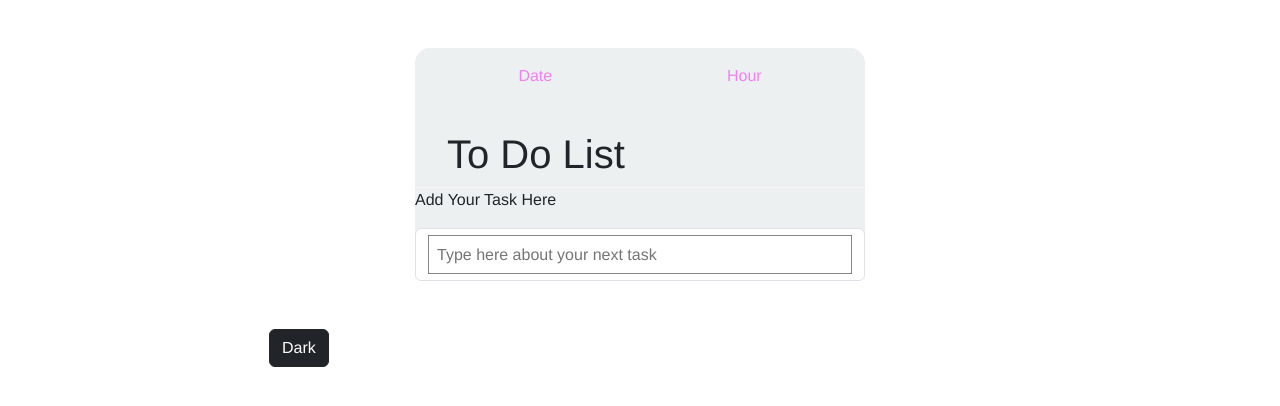
Repository: Passionblaz/TODO
Page: TODO/Untitled-1.html
These files come from the project's save history. The page is drawn as it stood at one moment and after a run of saves; the edit follows.
The browser window is 1280 px wide. The pictures show the whole page.

Above is the page before, as saved 2023-07-14 11:51:39.

### TODO/Untitled-1.html
<!DOCTYPE html>
<html lang="en">
<head>
  <meta charset="UTF-8">
  <meta name="viewport" content="width=device-width, initial-scale=1.0">
  <title>Document</title>
  <link href="https://cdn.jsdelivr.net/npm/bootstrap@5.3.0/dist/css/bootstrap.min.css" rel="stylesheet" integrity="sha384-9ndCyUaIbzAi2FUVXJi0CjmCapSmO7SnpJef0486qhLnuZ2cdeRhO02iuK6FUUVM" crossorigin="anonymous">
  <!-- Bootstrap Bundle JS (jsDelivr CDN) -->
  <script defer src="https://cdn.jsdelivr.net/npm/bootstrap@5.3.0/dist/js/bootstrap.bundle.min.js" integrity="sha384-geWF76RCwLtnZ8qwWowPQNguL3RmwHVBC9FhGdlKrxdiJJigb/j/68SIy3Te4Bkz" crossorigin="anonymous"></script>
  <link rel="stylesheet" href="todostyles.css">
</head>
<body>
<div class="todo-container">
  <div class="date-hour">
    <p class="date">Date</p>
    <p class="hour">Hour</p>
  </div>
<header>
  <h1>To Do List</h1>
</header>

<form action="" id="todo-form">
  <p>Add Your Task Here</p>
<div class="form-control">
<input type="text" id="todo-input" placeholder="Type here about your next task">

</div>

</form>



</div>



  <div class="button">
     <button type="button" class="btn btn-dark">Dark</button>
    </div>


    </body>
</html>

### TODO/todostyles.css
*{
  padding: 0;
  margin: 0;
  box-sizing: border-box;
}
body{
  font-family: 'Franklin Gothic Medium', 'Arial Narrow', Arial, sans-serif;
  background: rgb(red, green, blue);

}
.form-control {
  display: flex;
}
.form-control input {
  flex: 1;
  outline: 0;
box-shadow: none;
border: 1px solid #858585;
}
.form-control button:hover {
  background-color: green;
}
.date-hour {
  display: flex;
  justify-content: space-around;
  align-items:center;
  padding: 1rem 1rem 1.5rem 1rem;
  font-size: 16px;
  color: violet;
}
button {
  background-color: darkorange;
  color: blue;
  border: 2px solid red;
  padding: 0.2rem 0.4rem;
  font-size: .8rem;
  cursor: pointer;
  justify-content: center;
  align-items: center;
  transition: .4s;
  border: 1px solid orange;
}
button:hover {
  background-color: orangered;
  color: white;
}
button > i {
  font-weight: bold;
  pointer-events: none;
}
input {
  padding: .4rem .5rem;
}
.hide {
  display: none;
}
.todo-container {
  background-color: #ecf0f1;
  border-radius: 15px;
  width: 450px;
  margin: 3rem auto;
  padding: 1.5.rem;
}
.todo-container header {
  padding: 0.1rem 1rem;
border-bottom: 1px solid whitesmoke;
}
header >h1 {
  padding-left: 16px;
  border-left: ;
}



.button {
  padding-left: 269px;

}

After the next 3 saves:
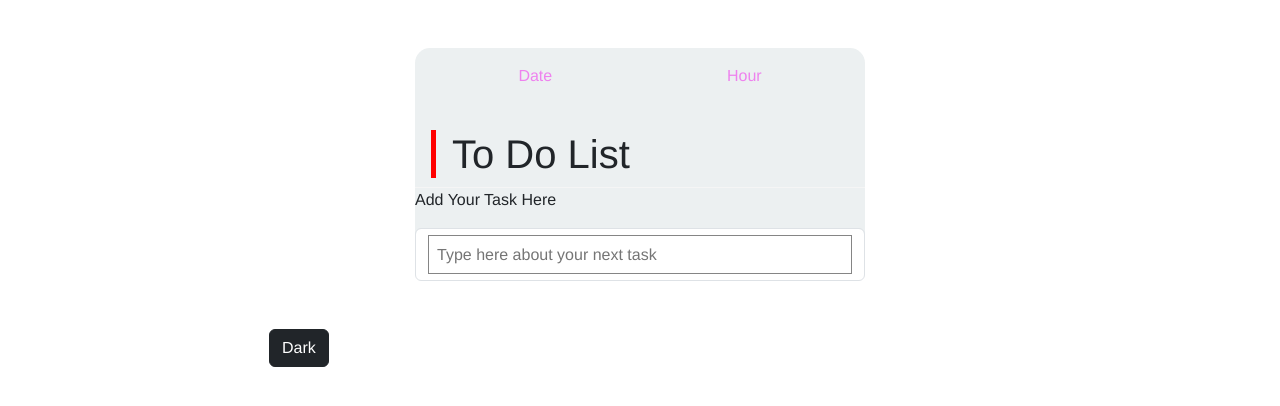
The 3 saves are shown as one change because they came seconds apart.
The last was saved 8 s later.
--- a/TODO/todostyles.css
+++ b/TODO/todostyles.css
@@ -67,7 +67,8 @@ border-bottom: 1px solid whitesmoke;
 }
 header >h1 {
   padding-left: 16px;
-  border-left: ;
+  border-left: 5px solid red;
+
 }
 
 
